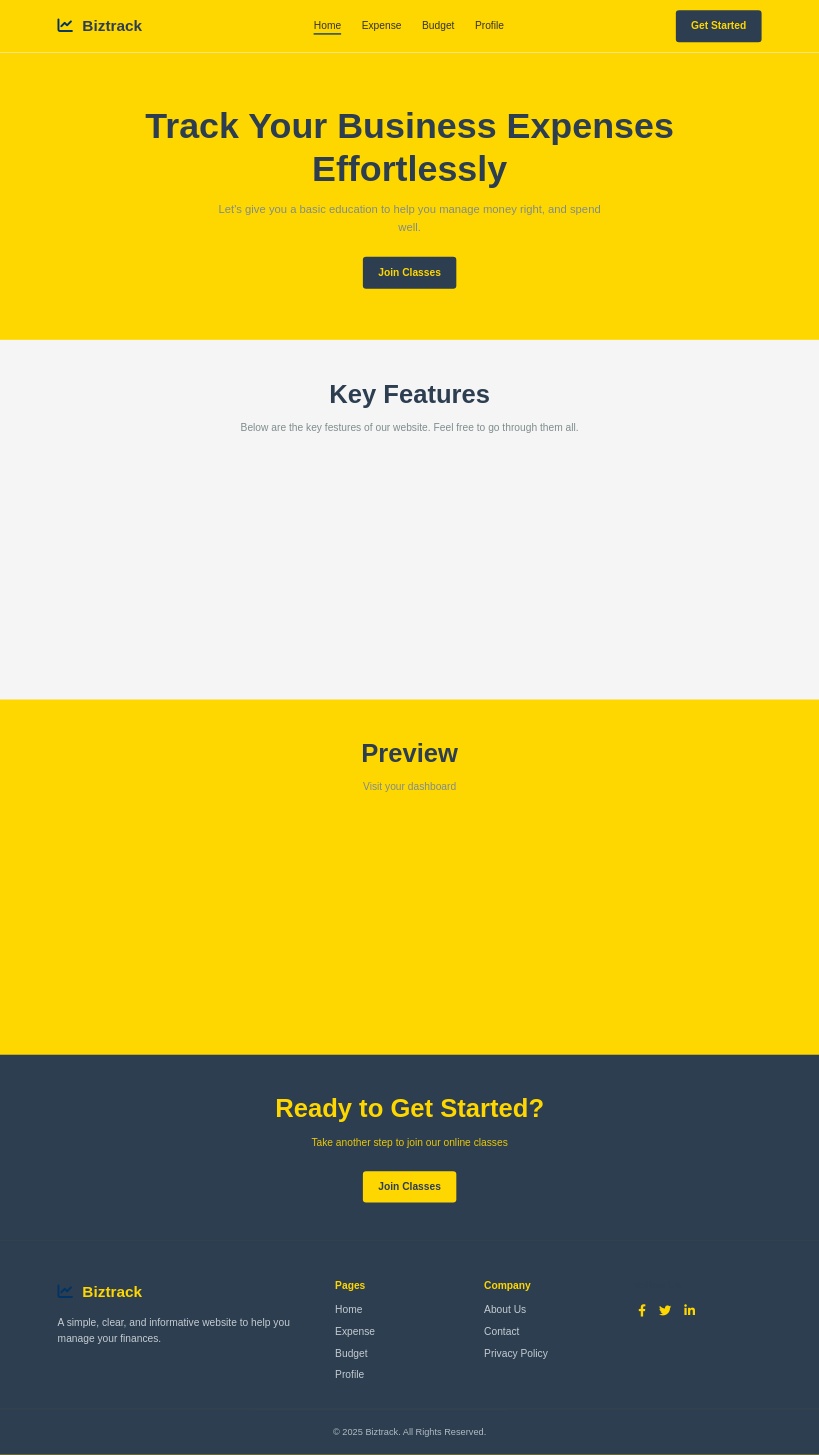
Repository: JoyUdoh106/wdd131
Page: project/index.html
These files come from the project's save history. The page is drawn as it stood at one moment and after a run of saves; the edit follows.
The browser window is 1280 px wide. The pictures show the whole page, at 64% of full size.

Above is the page before, as saved 2025-08-10 19:22:59.
Console error: TypeError: Cannot set properties of null (setting 'textContent')

After the next 3 saves:
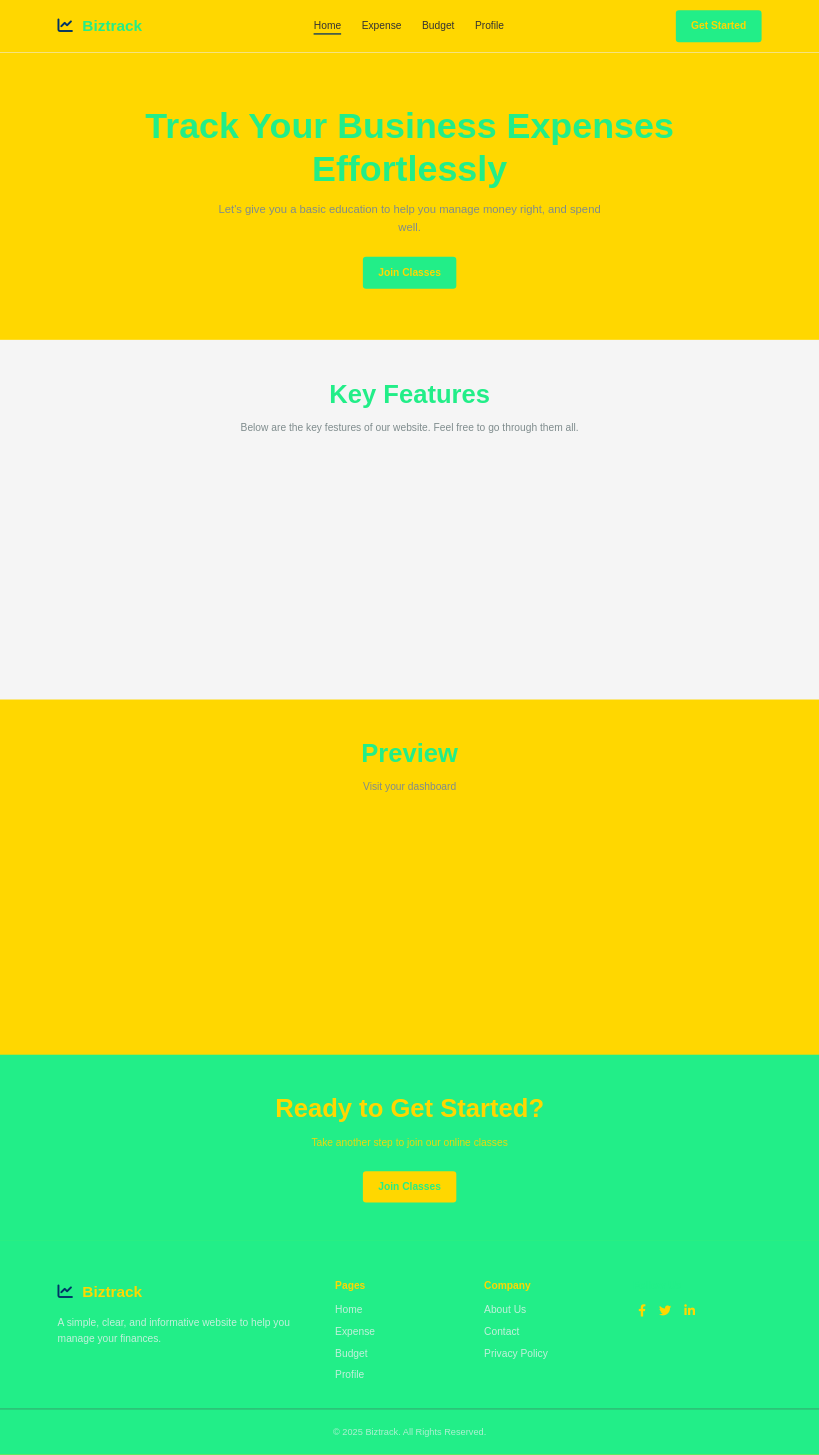
The 3 saves are shown as one change because they came seconds apart.
The last was saved 15 s later.
--- a/project/styles/project.css
+++ b/project/styles/project.css
@@ -1,7 +1,7 @@
 /* --- General Setup & Variables --- */
 :root {
     --primary-color: #003366;
-    --dark-color: #2c3e50;
+    --dark-color: #2e8;
     --light-color: #ffd700;
     --text-color: #333333;
     --bg-color: #f5f5f5;
